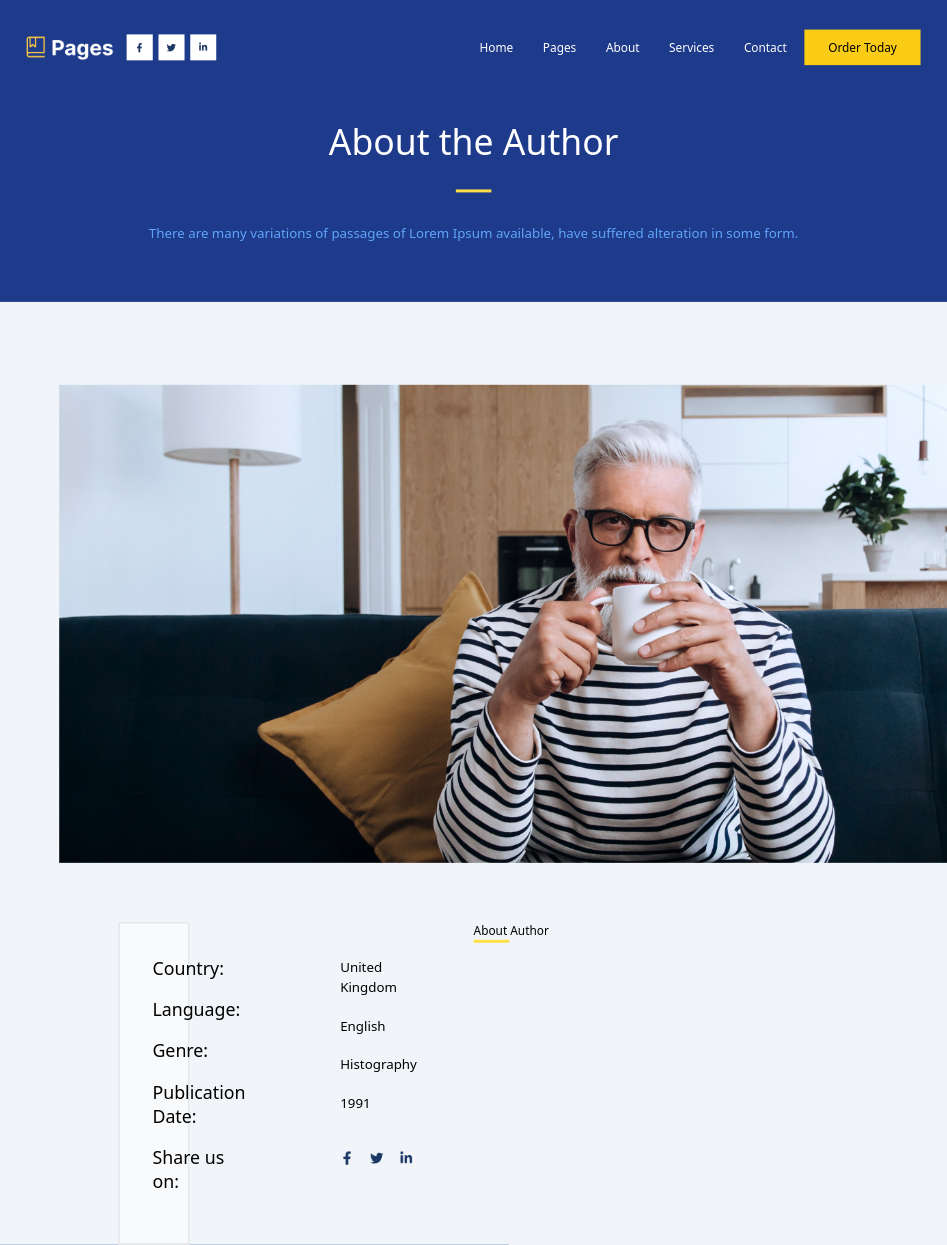
Repository: Godnorg/Class3
Page: index.html
An editor plug-in stored every save of this project. The page is shown before and after the next save, followed by the edit.
The browser window is 1280 px wide. The pictures show the whole page, at 74% of full size.
Some web libraries are served in a nearby version.

Above is the page before, as saved 2023-02-20 02:23:59.

After the next save:
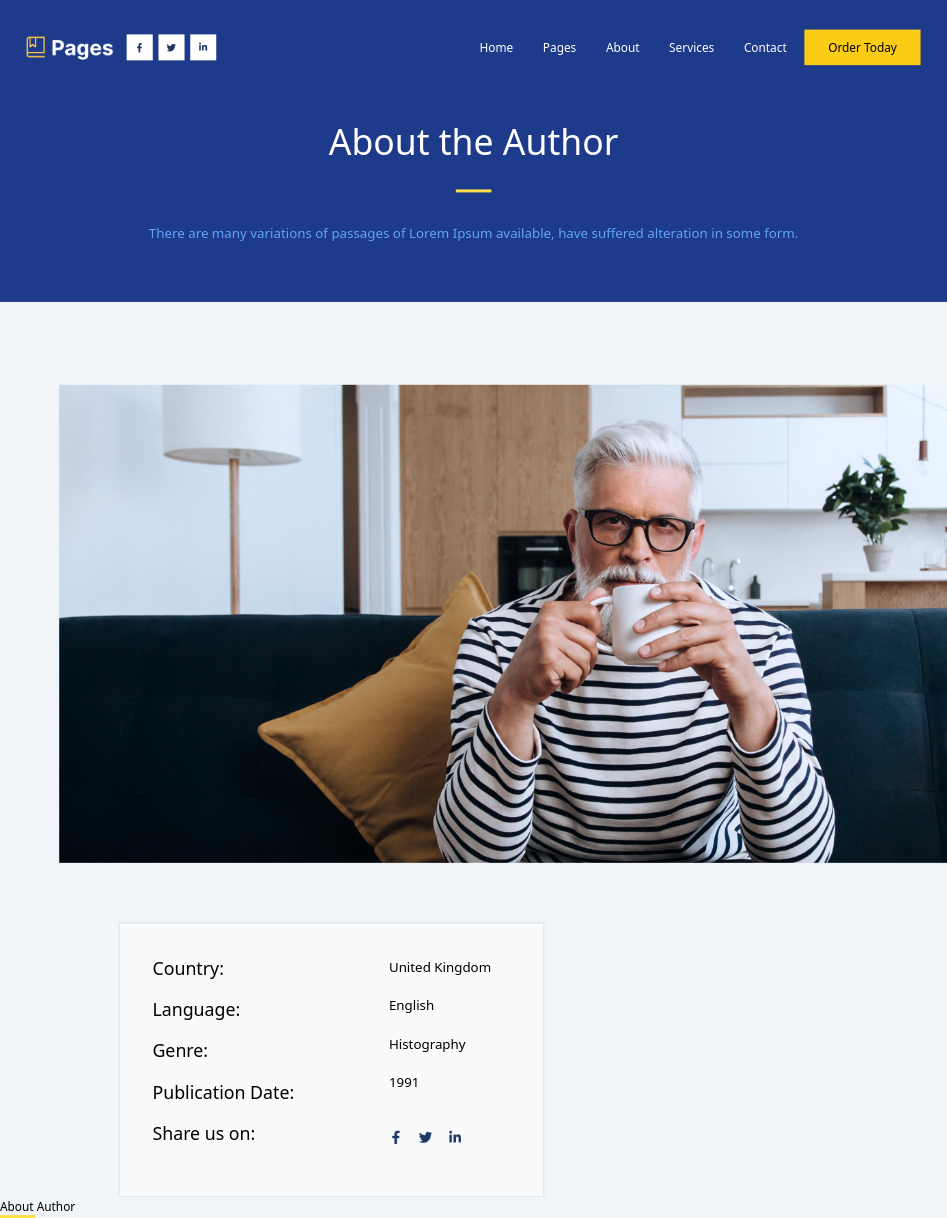
Saved 47 s later.
--- a/index.html
+++ b/index.html
@@ -36,7 +36,6 @@
         <div class="relative w-full pb-20 pl-20 mx-auto pt-28 max-w-7xl">
         <img src="./oldman2.jpg">
         </div>
-    <div class="grid grid-cols-2">
         <div class="max-w-xl ml-40 mr-96 bg-gray-50">
             <div class="flex mt-0 border-2 pt-11 px-11 pb-11">
                 <div class="pr-32">

After the save that followed:
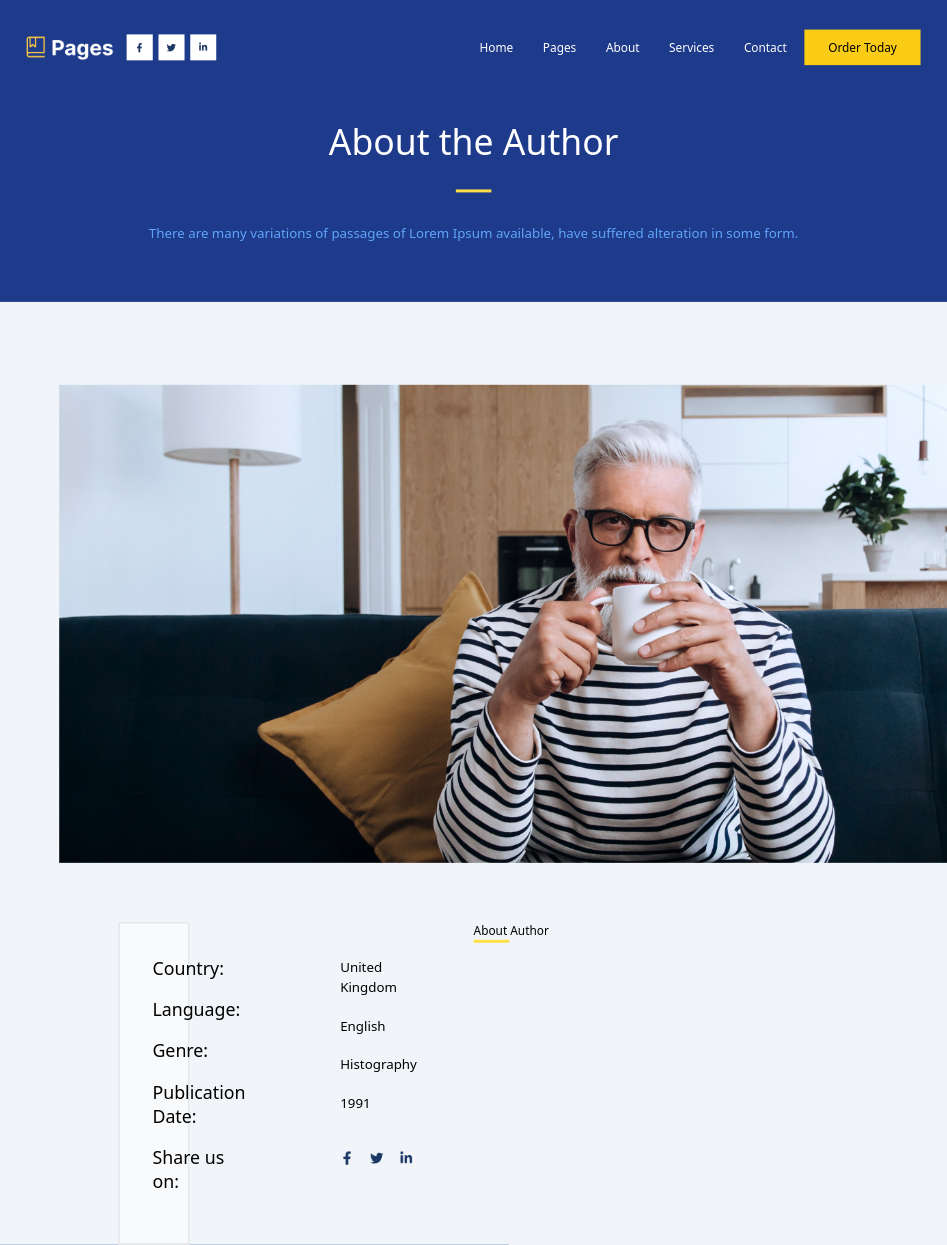
Saved 8 s later.
--- a/index.html
+++ b/index.html
@@ -36,6 +36,7 @@
         <div class="relative w-full pb-20 pl-20 mx-auto pt-28 max-w-7xl">
         <img src="./oldman2.jpg">
         </div>
+    <div class="grid grid-cols-2">
         <div class="max-w-xl ml-40 mr-96 bg-gray-50">
             <div class="flex mt-0 border-2 pt-11 px-11 pb-11">
                 <div class="pr-32">
